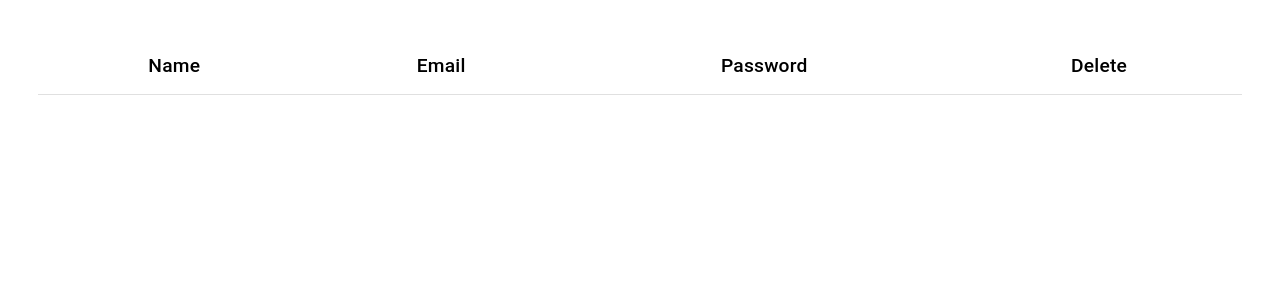
Repository: lalji-yadav/Register-Login-and-CRUD-using-token-and-Without-token-based
Page: /table
These files come from the project's save history. The page is drawn as it stood at one moment and after the next save; the edit follows.
The browser window is 1280 px wide. The pictures show the whole page.
The page's requests for data from a server got no answer. The project was rebuilt for these pictures with package versions that can differ from the ones it lists, and the page was loaded fresh each time. No one was signed in, and anything a server would have sent is missing. Also part of the build but not shown: src/App.css, src/auth/login.js, src/auth/register.js, src/components/reg.js.

Above is the page before, as saved 2021-02-03 11:57:00.

After the next save:
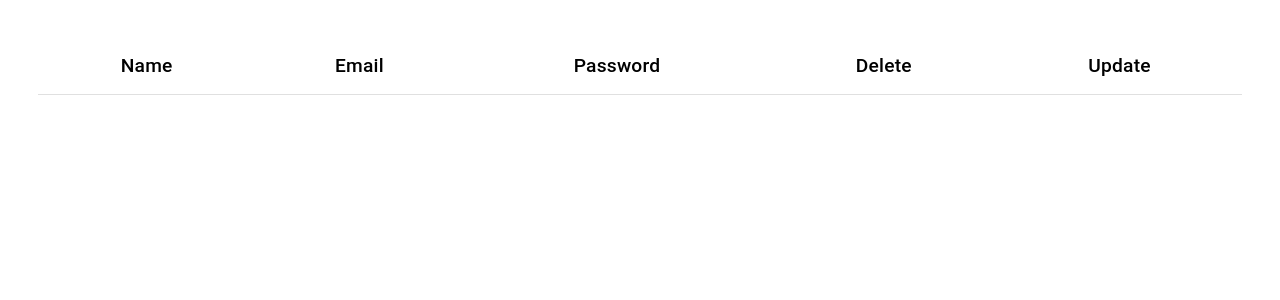
Saved 30 s later.
--- a/src/components/table.js
+++ b/src/components/table.js
@@ -29,6 +29,8 @@ const Tables = () => {
                             align="center">Password</TableCell>
                             <TableCell style={{ fontSize: "1.5vw", color: "black" }}
                             align="center">Delete</TableCell>
+                            <TableCell style={{ fontSize: "1.5vw", color: "black" }}
+                            align="center">Update</TableCell>
                         </TableRow>
                     </TableHead>
 
